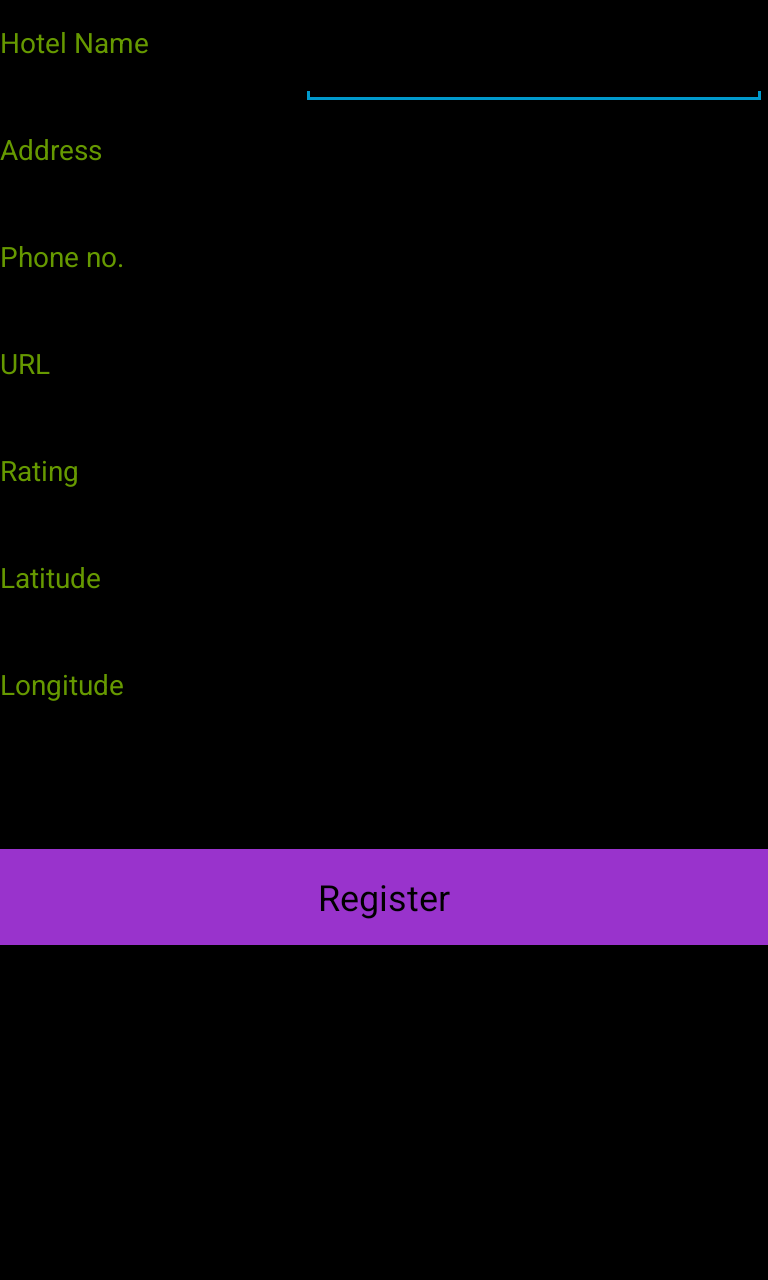
Repository: AungWinnHtut/projAndroid
Layout: com.engineer4myanmar.json.MainActivity/res/layout/activity_admin.xml
The author's editor kept a copy of each file at every save. The layout is drawn from the files as they stood at one save, then again after the next save.
It is drawn on a 768 x 1280 px phone screen (xhdpi) without system bars, with theme AppTheme; the app's code is not run.

Above is the layout before, as saved 2015-08-26 20:24:26.

### com.engineer4myanmar.json.MainActivity/res/layout/activity_admin.xml
<LinearLayout xmlns:android="http://schemas.android.com/apk/res/android"
    xmlns:tools="http://schemas.android.com/tools"
    android:layout_width="match_parent"
    android:layout_height="match_parent"
    android:background="#000"
    android:orientation="vertical" >

    <LinearLayout
        android:layout_width="match_parent"
        android:layout_height="wrap_content"
        android:orientation="horizontal" >

        <TextView
            android:id="@+id/textView1"
            android:layout_width="150dp"
            android:layout_height="wrap_content"
            android:text="Hotel Name"
            android:textColor="#669900" />

        <EditText
            android:id="@+id/etHotelname"
            android:layout_width="0dp"
            android:layout_height="wrap_content"
            android:layout_marginTop="14dp"
            android:layout_weight="1"
            android:ems="10"
            android:textColor="#ffbb33" >

            <requestFocus />
        </EditText>
    </LinearLayout>

    <LinearLayout
        android:layout_width="match_parent"
        android:layout_height="wrap_content"
        android:orientation="horizontal" >

        <TextView
            android:id="@+id/textView2"
            android:layout_width="150dp"
            android:layout_height="wrap_content"
            android:text="Address"
            android:textColor="#669900" />

        <EditText
            android:id="@+id/etAddress"
            android:layout_width="0dp"
            android:layout_height="wrap_content"
            android:layout_marginTop="14dp"
            android:layout_weight="1"
            android:ems="10"
            android:textColor="#ffbb33" />
    </LinearLayout>

    <LinearLayout
        android:layout_width="match_parent"
        android:layout_height="wrap_content"
        android:orientation="horizontal" >

        <TextView
            android:id="@+id/textView3"
            android:layout_width="150dp"
            android:layout_height="wrap_content"
            android:text="Phone no."
            android:textColor="#669900" />

        <EditText
            android:id="@+id/etPhone"
            android:layout_width="0dp"
            android:layout_height="wrap_content"
            android:layout_marginTop="14dp"
            android:layout_weight="1"
            android:ems="10"
            android:textColor="#ffbb33" />
    </LinearLayout>

    <LinearLayout
        android:layout_width="match_parent"
        android:layout_height="wrap_content"
        android:orientation="horizontal" >

        <TextView
            android:id="@+id/textView4"
            android:layout_width="150dp"
            android:layout_height="wrap_content"
            android:text="URL"
            android:textColor="#669900" />

        <EditText
            android:id="@+id/etUrl"
            android:layout_width="0dp"
            android:layout_height="wrap_content"
            android:layout_marginTop="14dp"
            android:layout_weight="1"
            android:ems="10"
            android:textColor="#ffbb33" />
    </LinearLayout>

    <LinearLayout
        android:layout_width="match_parent"
        android:layout_height="wrap_content"
        android:orientation="horizontal" >

        <TextView
            android:id="@+id/textView5"
            android:layout_width="150dp"
            android:layout_height="wrap_content"
            android:text="Rating"
            android:textColor="#669900" />

        <EditText
            android:id="@+id/etRating"
            android:layout_width="0dp"
            android:layout_height="wrap_content"
            android:layout_marginTop="14dp"
            android:layout_weight="1"
            android:ems="10"
            android:textColor="#ffbb33" />
    </LinearLayout>

    <LinearLayout
        android:layout_width="match_parent"
        android:layout_height="wrap_content"
        android:orientation="horizontal" >

        <TextView
            android:id="@+id/textView6"
            android:layout_width="150dp"
            android:layout_height="wrap_content"
            android:text="Latitude"
            android:textColor="#669900" />

        <EditText
            android:id="@+id/etLat"
            android:layout_width="0dp"
            android:layout_height="wrap_content"
            android:layout_marginTop="14dp"
            android:layout_weight="1"
            android:ems="10"
            android:textColor="#ffbb33" />
    </LinearLayout>

    <LinearLayout
        android:layout_width="match_parent"
        android:layout_height="wrap_content"
        android:orientation="horizontal" >

        <TextView
            android:id="@+id/textView7"
            android:layout_width="150dp"
            android:layout_height="wrap_content"
            android:text="Longitude"
            android:textColor="#669900" />

        <EditText
            android:id="@+id/etLng"
            android:layout_width="0dp"
            android:layout_height="wrap_content"
            android:layout_marginTop="14dp"
            android:layout_weight="1"
            android:ems="10"
            android:textColor="#ffbb33" />
    </LinearLayout>

    <LinearLayout
        android:layout_width="match_parent"
        android:layout_height="wrap_content"
        android:layout_marginTop="50dp"
        android:orientation="horizontal" >

        <Button
            android:layout_width="match_parent"
            android:layout_height="wrap_content"
            android:background="#9933cc"
            android:onClick="funRegister"
            android:text="Register" />
    </LinearLayout>

</LinearLayout>

Loaded but not shown: com.engineer4myanmar.json.MainActivity/res/values-v11/styles.xml (common file); com.engineer4myanmar.json.MainActivity/res/values-v14/styles.xml (common file); com.engineer4myanmar.json.MainActivity/res/values/styles.xml (common file)

After the next save:
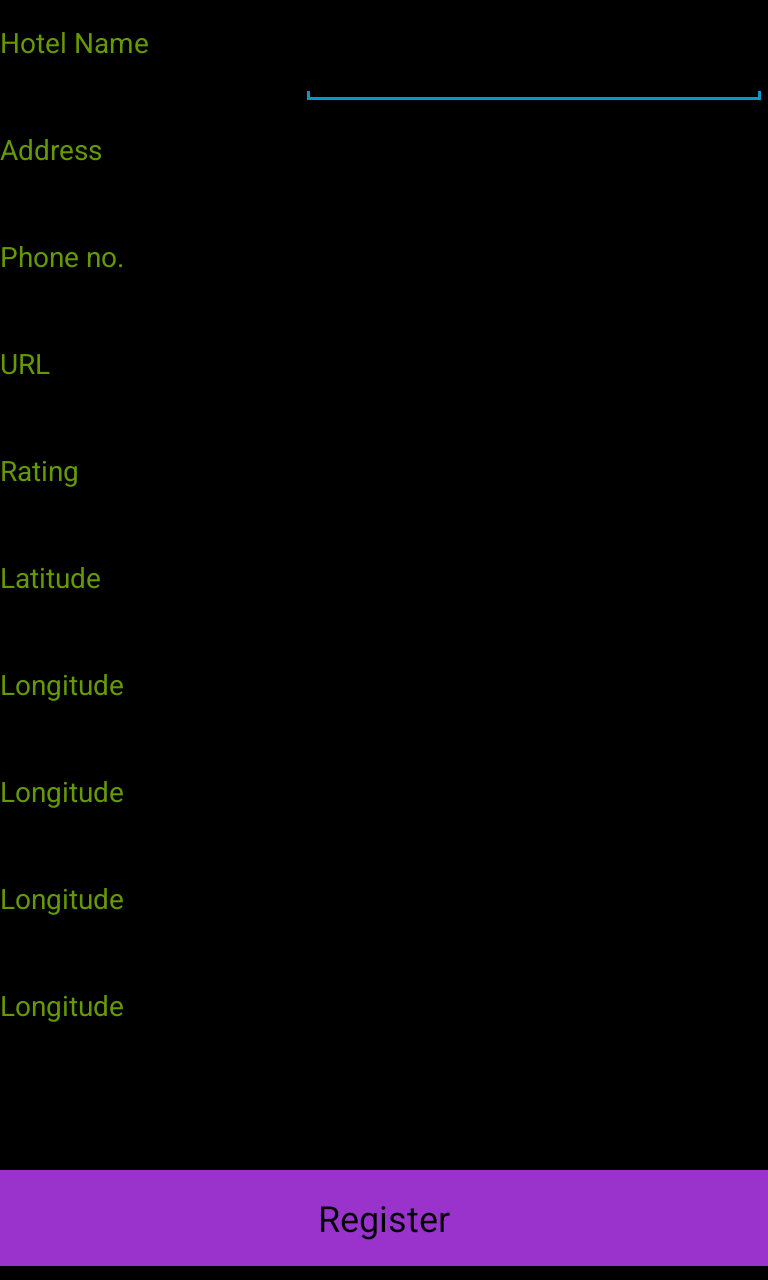
Saved 28 s later.
--- a/com.engineer4myanmar.json.MainActivity/res/layout/activity_admin.xml
+++ b/com.engineer4myanmar.json.MainActivity/res/layout/activity_admin.xml
@@ -165,6 +165,72 @@
     <LinearLayout
         android:layout_width="match_parent"
         android:layout_height="wrap_content"
+        android:orientation="horizontal" >
+
+        <TextView
+            android:id="@+id/textView7"
+            android:layout_width="150dp"
+            android:layout_height="wrap_content"
+            android:text="Longitude"
+            android:textColor="#669900" />
+
+        <EditText
+            android:id="@+id/etLng"
+            android:layout_width="0dp"
+            android:layout_height="wrap_content"
+            android:layout_marginTop="14dp"
+            android:layout_weight="1"
+            android:ems="10"
+            android:textColor="#ffbb33" />
+    </LinearLayout>
+
+    <LinearLayout
+        android:layout_width="match_parent"
+        android:layout_height="wrap_content"
+        android:orientation="horizontal" >
+
+        <TextView
+            android:id="@+id/textView7"
+            android:layout_width="150dp"
+            android:layout_height="wrap_content"
+            android:text="Longitude"
+            android:textColor="#669900" />
+
+        <EditText
+            android:id="@+id/etLng"
+            android:layout_width="0dp"
+            android:layout_height="wrap_content"
+            android:layout_marginTop="14dp"
+            android:layout_weight="1"
+            android:ems="10"
+            android:textColor="#ffbb33" />
+    </LinearLayout>
+
+    <LinearLayout
+        android:layout_width="match_parent"
+        android:layout_height="wrap_content"
+        android:orientation="horizontal" >
+
+        <TextView
+            android:id="@+id/textView7"
+            android:layout_width="150dp"
+            android:layout_height="wrap_content"
+            android:text="Longitude"
+            android:textColor="#669900" />
+
+        <EditText
+            android:id="@+id/etLng"
+            android:layout_width="0dp"
+            android:layout_height="wrap_content"
+            android:layout_marginTop="14dp"
+            android:layout_weight="1"
+            android:ems="10"
+            android:textColor="#ffbb33" />
+    </LinearLayout>
+
+    <LinearLayout
+        android:layout_width="match_parent"
+        android:layout_height="wrap_content"
         android:layout_marginTop="50dp"
         android:orientation="horizontal" >
 
